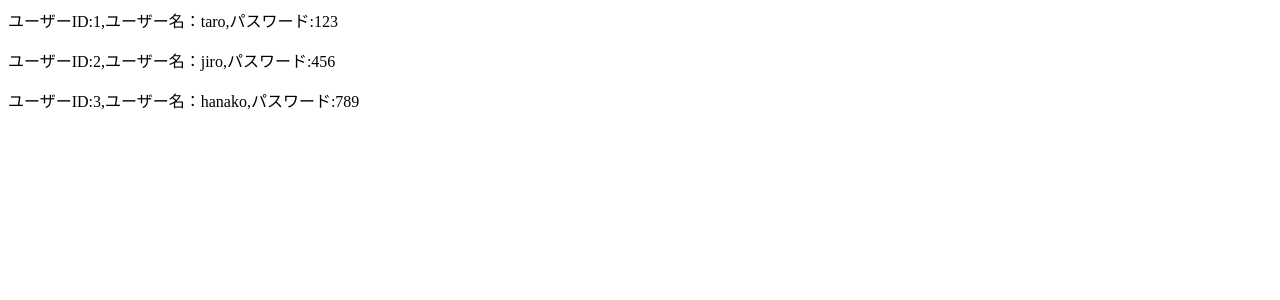
Repository: KeisukeNakamura038/test
Page: http://localhost/HelloServlet/MySQLServlet
These files come from the project's save history. The page is drawn as it stood at one moment and after the next save; the edit follows.
The browser window is 1280 px wide. The pictures show the whole page.
The page is served by Tomcat 9. The database holds what the project's SQL file puts in it.

Above is the page before, as saved 2019-10-31 04:09:35.

After the next save:
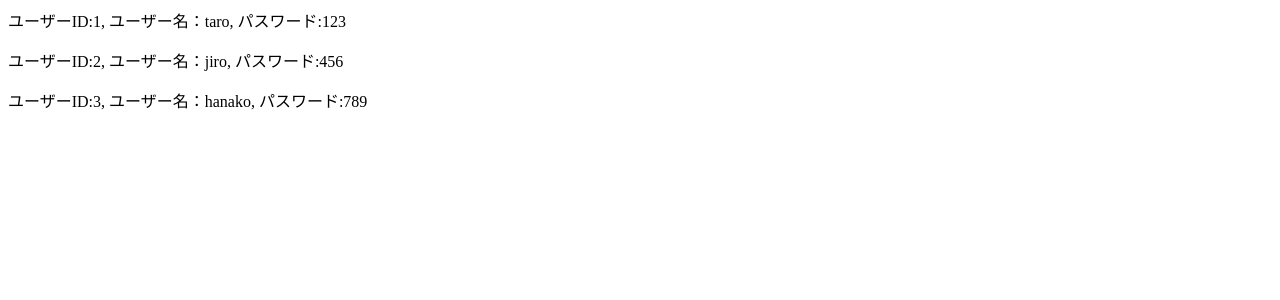
Saved 88 min 55 s later.
--- a/HelloServlet/src/MySQLServlet.java
+++ b/HelloServlet/src/MySQLServlet.java
@@ -52,7 +52,7 @@ public class MySQLServlet extends HttpServlet {
 				String userPassword = rs.getString("password");
 
 				out.println("<p>");
-				out.println("ユーザーID:" + userId + ",ユーザー名：" + userName + ",パスワード:" + userPassword);
+				out.println("ユーザーID:" + userId + ", ユーザー名：" + userName + ", パスワード:" + userPassword);
 				out.println("<p>");
 			}
 
